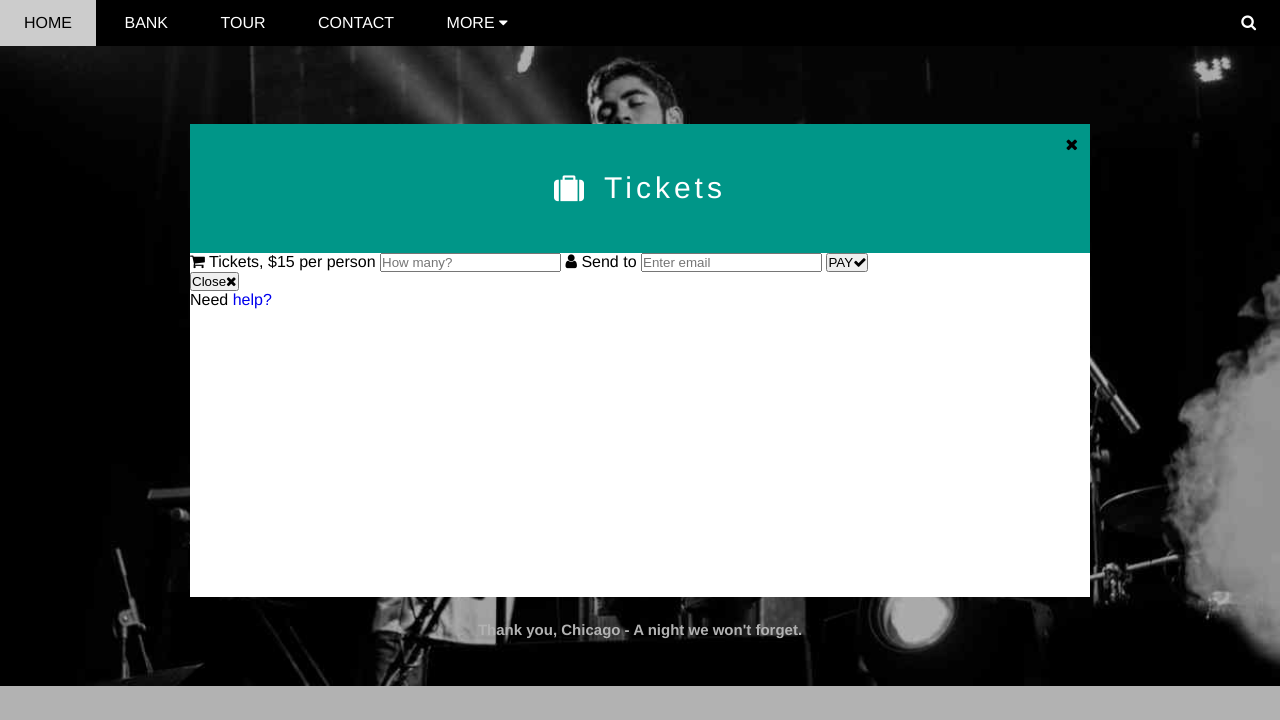
Repository: vuongtm1999/TheBand_W3School
Page: index.html
The author's editor kept a copy of each file at every save. The page is drawn from the files as they stood at one save, then again after the next save.
The browser window is 1280 px wide. The pictures show the window.
A layer covers the whole window, so only the first screen is drawn.

Above is the page before, as saved 2022-08-27 14:03:04.

After the next save:
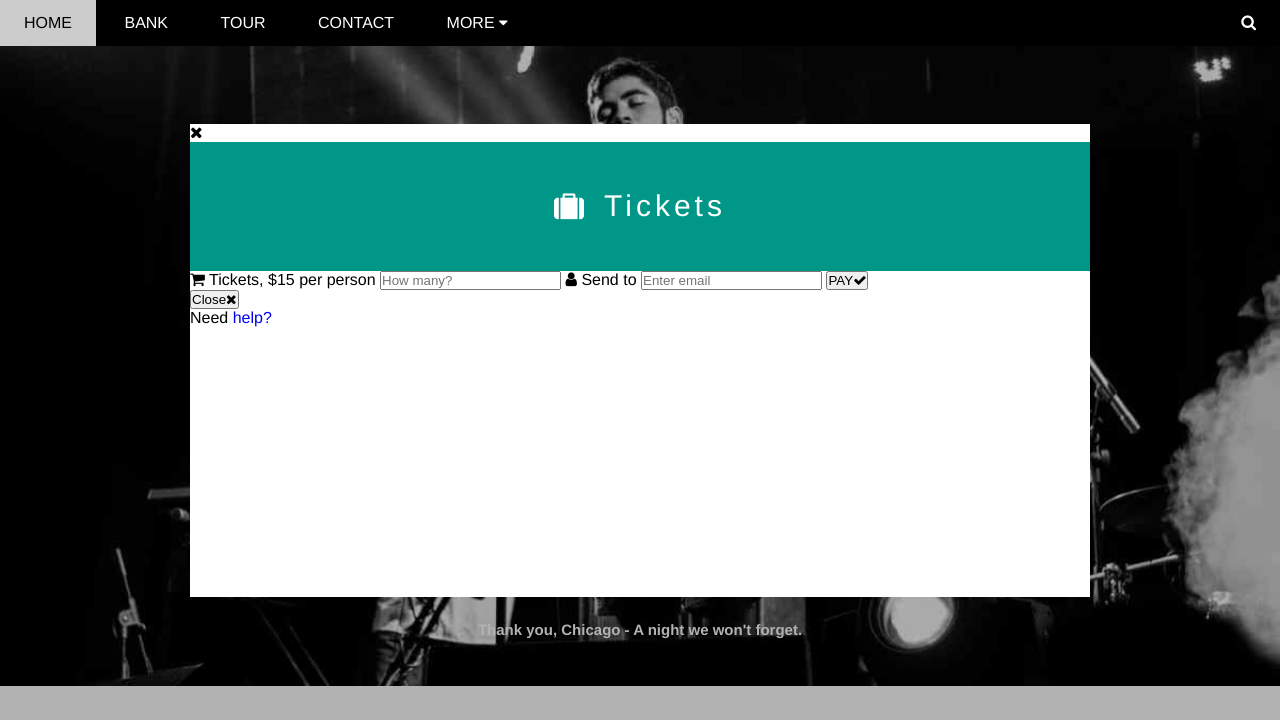
Saved 32 s later.
--- a/assets/css/style.css
+++ b/assets/css/style.css
@@ -347,7 +347,7 @@ a{
 .mr-5{
     margin-right: 16px;
 }
-.position-icon{
+.close-icon{
     position: absolute;
     top: 0;
     right: 0;

After the 3 saves that followed:
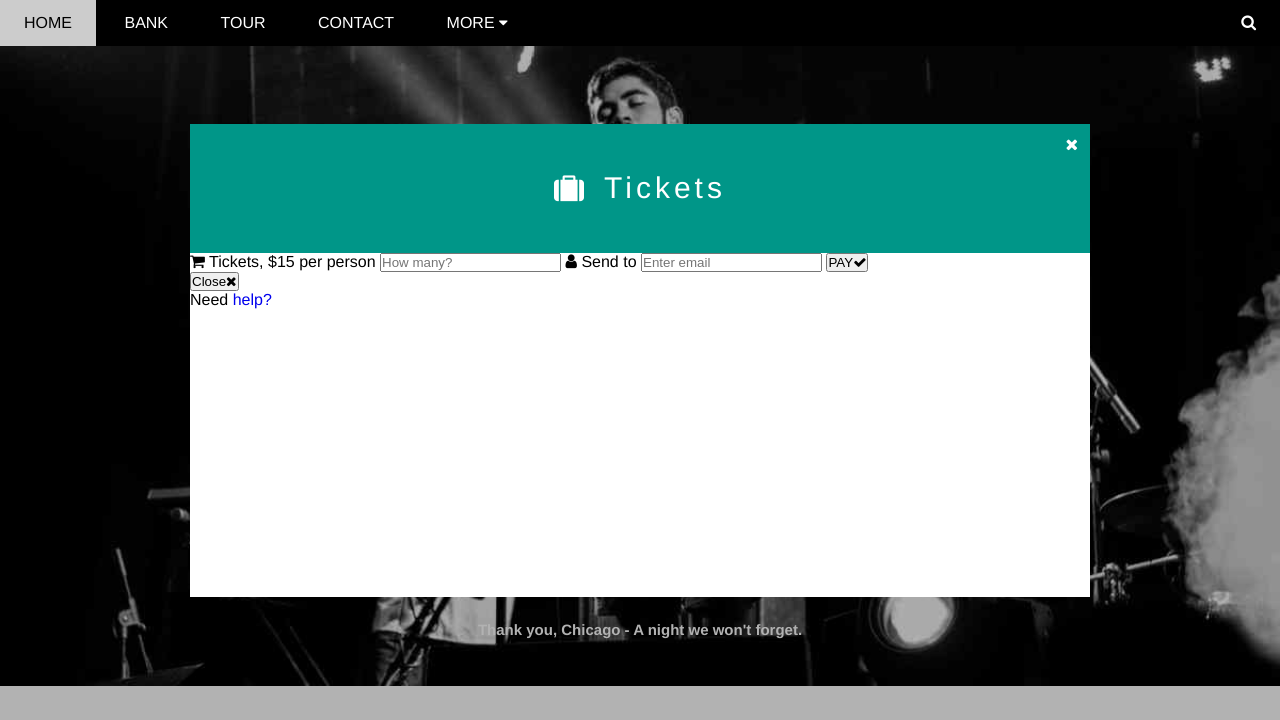
The 3 saves are shown as one change because 2 left the picture as it was.
The last was saved 35 s later.
--- a/index.html
+++ b/index.html
@@ -138,7 +138,7 @@
         <!-- Modal dialog -->
         <div id="modal">
             <div class="modal-container">
-                <i class="fa fa-times position-icon" aria-hidden="true"></i>
+                <i class="fa fa-times close-icon" aria-hidden="true"></i>
                 <header class="modal-header">
                     <i class="fa fa-suitcase mr-5"></i>
                      Tickets
--- a/assets/css/style.css
+++ b/assets/css/style.css
@@ -352,6 +352,7 @@ a{
     top: 0;
     right: 0;
     padding: 12px;
+    color: #fff;
 }
 
 
